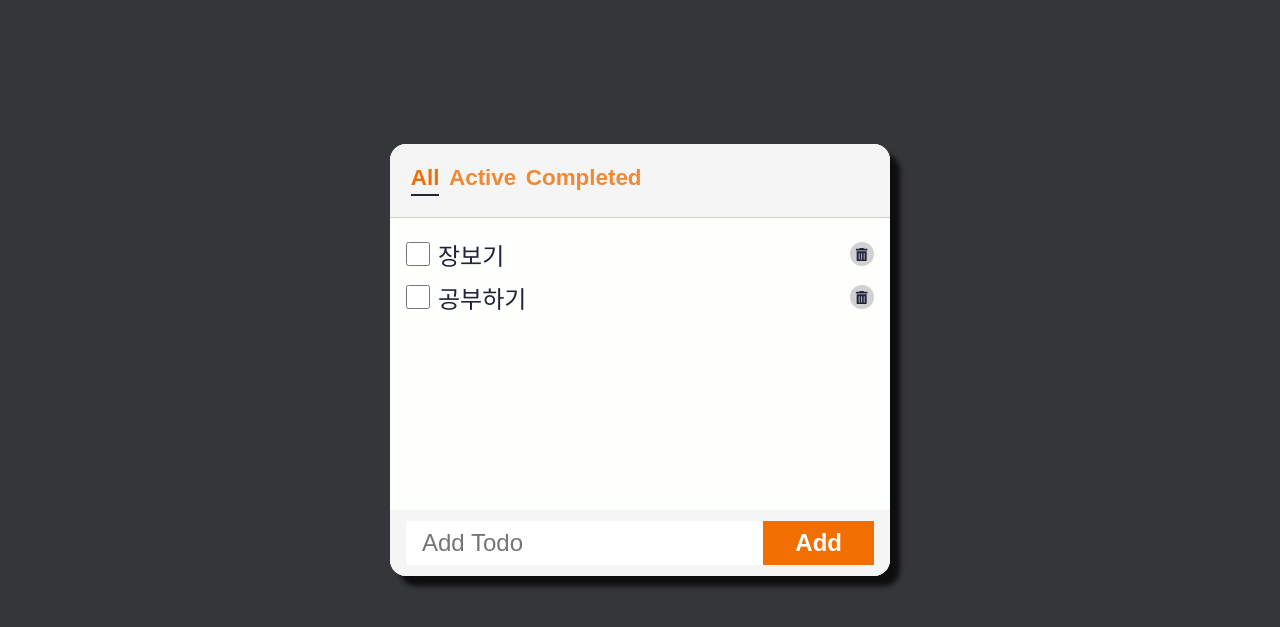
Repository: MrJinkyu/TodoList
Page: /
These files come from the project's save history. The page is drawn as it stood at one moment and after the next save; the edit follows.
The browser window is 1280 px wide. The pictures show the whole page.
The project was rebuilt for these pictures with package versions that can differ from the ones it lists, and the page was loaded fresh each time.

Above is the page before, as saved 2023-05-01 14:58:28.

### src/index.css
:root{
  --color-body: #35363A;
  --color-bg-dark:#f5f5f5;
  --color-bg: #fdfffd;
  --color-grey: #d1d1d1;
  --color-text: #22243b;
  --color-accent: #f16e03;
  --color-white: white;
  --color-scrollbar: #aaa7a7;
}

*{
  box-sizing: border-box;
  padding: 0;
  margin: 0;
}

button{
  border: none;
  outline: none;
  cursor: pointer;
  background-color: transparent;
}

ul,li{
  list-style: none;
}

body {
  margin: 0;
  font-family: -apple-system, BlinkMacSystemFont, 'Segoe UI', 'Roboto', 'Oxygen',
    'Ubuntu', 'Cantarell', 'Fira Sans', 'Droid Sans', 'Helvetica Neue',
    sans-serif;
  -webkit-font-smoothing: antialiased;
  -moz-osx-font-smoothing: grayscale;
  width: 100vw;
  height: 100vh;
  display: flex;
  justify-content: center;
  align-items: center;
  background-color: var(--color-body);
  font-size: 1.2rem;
  accent-color: var(--color-accent);
}

#root{
  overflow: hidden;
  display: flex;
  flex-direction: column;
  width: 100%;
  height: 60%;
  max-width: 500px;
  background-color: var(--color-bg);
  border-radius: 1rem;
  box-shadow: 10px 10px 5px 0px rgba(0,0,0,0.75);
-webkit-box-shadow: 10px 10px 5px 0px rgba(0,0,0,0.75);
-moz-box-shadow: 10px 10px 5px 0px rgba(0,0,0,0.75);
}

code {
  font-family: source-code-pro, Menlo, Monaco, Consolas, 'Courier New',
    monospace;
}

### src/App.js
import { useState } from "react";
import TodoList from "./components/TodoList";
import Header from "./components/Header";

const filters = ['all', 'active', 'completed'];
function App() {
  const [filter, setFilter] = useState(filters[0]);
  return (
    <>
      <Header filters={filters} filter={filter} onFilterChange={setFilter}/>
      <TodoList filter={filter}/>
    </>
  );
}

export default App;

### src/components/TodoList.jsx
import React, { useState } from 'react';
import {v4 as uuidv4} from 'uuid';
import AddTodo from './AddTodo';
import Todo from './Todo';
import styles from './TodoList.module.css';

export default function TodoList({filter}) {
    const [todos, setTodos] = useState([
        { id: uuidv4(), text: '장보기', status: 'active' },
        { id: uuidv4(), text: '공부하기', status: 'active' }
    ]);
    const handleAdd = (todo) => {
        setTodos([...todos, todo]);
    }
    const handleUpdate = (updated) => {
        setTodos(todos.map((todo) => todo.id === updated.id ? updated : todo));
    }
    const handleDelete = (deleted) => {
        setTodos(todos.filter((todo) => todo.id !== deleted.id));
    }
    const filtered = getFilteredItems(todos, filter);
    return (
        <section className={styles.container}>
            <ul className={styles.list}>
                {filtered.map((item) => (
                    <Todo
                        key={item.id}
                        todo={item}
                        onUpdate={handleUpdate}
                        onDelete={handleDelete}
                    />
                ))}
            </ul>
            <AddTodo onAdd={handleAdd}/>
        </section>
    );
}

function getFilteredItems(todos, filter){
    if(filter === 'all'){
        return todos;
    }
    return todos.filter((todo) => todo.status === filter);
}

### src/components/Header.jsx
import React from 'react';
import styles from './Header.module.css';

export default function Header({filters, filter, onFilterChange}) {
    return (
        <header className={styles.header}>
            <ul className={styles.filters}>
                {filters.map((value,index) => (
                    <li key={index}>
                        <button
                            onClick={() => onFilterChange(value)}
                            className={`${styles.filter} ${filter === value && styles.selected}`}
                        >
                            {value}
                        </button>
                    </li>
                ))}
            </ul>
        </header>
    );
}

### src/components/AddTodo.jsx
import React, { useState } from 'react';
import {v4 as uuidv4} from 'uuid';
import styles from './AddTodo.module.css';

export default function AddTodo({onAdd}) {
    const [text, setText] = useState('');
    const handleChange = (e) => {
        setText(e.target.value);
    }
    const handleSubmit = (e) => {
        e.preventDefault();
        if(text.trim().length === 0){
            return ;
        }
        onAdd({ id: uuidv4(), text, status: 'active' });
        setText('');
    }
    return (
        <form className={styles.form} onSubmit={handleSubmit}>
            <input
                className={styles.input}
                type="text"
                value={text}
                onChange={handleChange}
                placeholder='Add Todo'
            />
            <button className={styles.button}>Add</button>
        </form>
    );
}

### src/components/Todo.jsx
import React from 'react';
import { FaTrashAlt } from 'react-icons/fa';
import styles from './Todo.module.css';

export default function Todo({todo, onUpdate, onDelete}) {
    const { id, text, status } = todo;
    const handleChange = (e) => {
        const status = e.target.checked ? 'completed' : 'active';
        onUpdate({...todo, status});
    }
    return (
        <li className={styles.todo}>
            <input
                className={styles.checkbox}
                type="checkbox"
                name="checkbox"
                id={id}
                checked={status === 'completed'}
                onChange={handleChange}
            />
            <label className={styles.text} htmlFor={id}>{text}</label>
            <span className={styles.icon}>
                <button className={styles.button} onClick={() => onDelete(todo)}>
                    <FaTrashAlt/>
                </button>
            </span>
        </li>
    );
}

### src/components/TodoList.module.css
.container{
    height: 100%;
    display: flex;
    flex-direction: column;
}

.list{
    flex: 1 1 auto;
    padding: 0.7rem 1rem;
}

### src/components/Header.module.css
.header{
    background-color: var(--color-bg-dark);
    display: flex;
    justify-content: space-between;
    align-items: center;
    padding: 1rem;
    border-bottom: 1px solid var(--color-grey);
}

.filters{
    display: flex;
}

.filter{
    margin: 0.3rem;
    font-size: 1.4rem;
    color: var(--color-accent);
    font-weight: bold;
    opacity: 0.8;
    text-transform: capitalize;
}

.filter:hover,
.filter.selected{
    opacity: 1;
}

.filter.selected::after{
    content: '';
    display: block;
    margin-top: 0.2rem;
    border: 1px solid var(--color-text);
}

### src/components/AddTodo.module.css
.form{
    width: 100%;
    display: flex;
    padding: 0.7rem 1rem;
    background-color: var(--color-bg-dark);
}

.input{
    font-size: 1.5rem;
    border: none;
    outline: none;
    padding: 0.5rem 1rem;
    flex: 1 0 auto;
}

.button{
    padding: 0 2rem;
    font-size: 1.5rem;
    font-weight: bold;
    background-color: var(--color-accent);
    color: var(--color-white);
}

### src/components/Todo.module.css
.todo{
    display: flex;
    justify-content: space-between;
    align-items: center;
    margin-top: 0.5rem;
}

.checkbox{
    width: 1.5rem;
    height: 1.5rem;
}

.text{
    flex: 1 1 0%;
    margin-left: 0.5rem;
    font-size: 1.5rem;
    color: var(--color-text);
}

.icon{
    width: 1.5rem;
    height: 1.5rem;
    border-radius: 50%;
    background-color: var(--color-grey);
    text-align: center;
    transition: all 150ms ease-out;
}

.icon:hover{
    transform: rotate(15deg) scale(1.2);
    background-color: var(--color-accent);
}

.button{
    color: var(--color-text);
}

Loaded but not shown: public/index.html (common file); src/index.js (common file); src/reportWebVitals.js (common file)

After the next save:
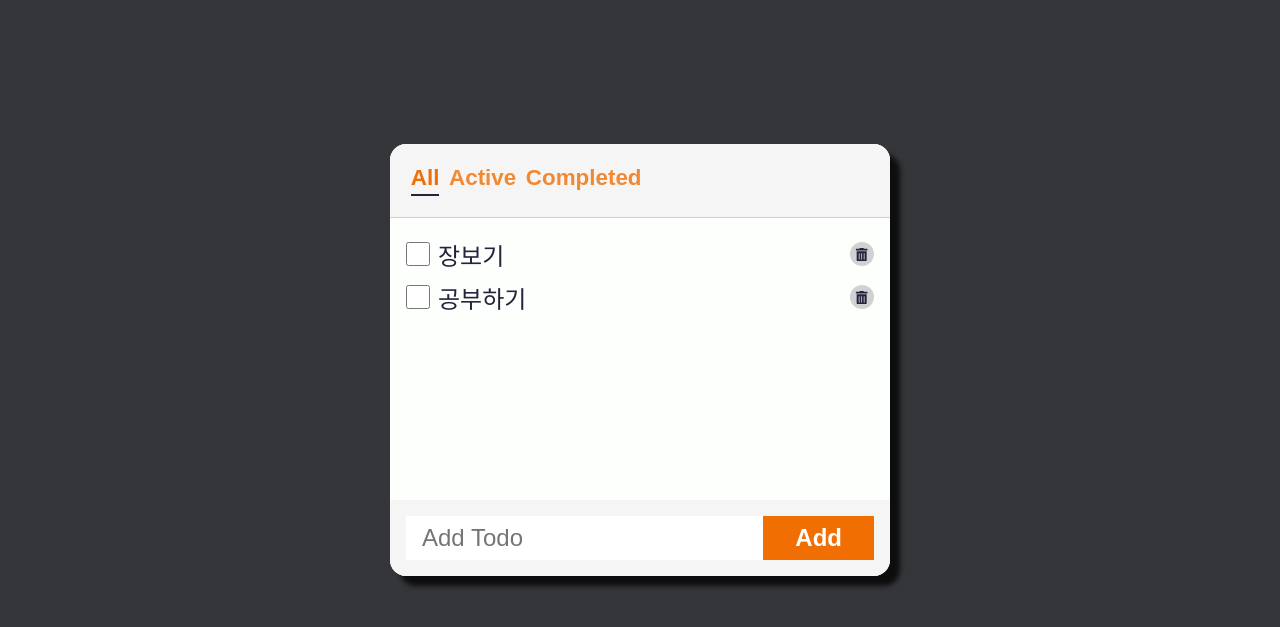
Saved 17 s later.
--- a/src/components/AddTodo.module.css
+++ b/src/components/AddTodo.module.css
@@ -1,7 +1,7 @@
 .form{
     width: 100%;
     display: flex;
-    padding: 0.7rem 1rem;
+    padding: 1rem 1rem;
     background-color: var(--color-bg-dark);
 }
 
